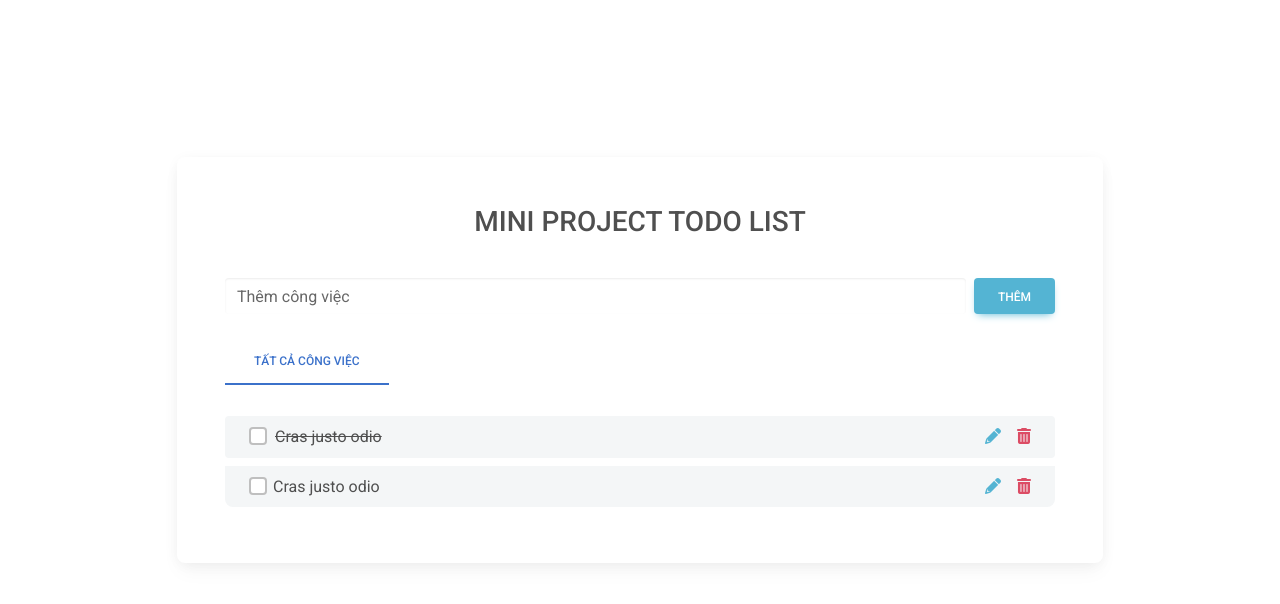
Repository: TinhTT336/MD02_HACKATHON01_HN_JV230620_BS_TranThiTinh_Basic
Page: /
An editor plug-in stored every save of this project. The page is shown before and after the next save, followed by the edit.
The browser window is 1280 px wide. The pictures show the whole page.
Some web libraries are served in a nearby version. The project was rebuilt for these pictures with package versions that can differ from the ones it lists, and the page was loaded fresh each time. Also part of the build but not shown: vite.config.js, src/App.css, src/index.css.

Above is the page before, as saved 2023-09-05 10:05:35.

### index.html
<!DOCTYPE html>
<html lang="en">
  <head>
    <meta charset="UTF-8" />
    <link rel="icon" type="image/svg+xml" href="/vite.svg" />
    <meta name="viewport" content="width=device-width, initial-scale=1.0" />
    <title>Vite + React</title>
    <link
      href="https://cdnjs.cloudflare.com/ajax/libs/font-awesome/6.0.0/css/all.min.css"
      rel="stylesheet"
    />
    <link
      href="https://fonts.googleapis.com/css?family=Roboto:300,400,500,700&display=swap"
      rel="stylesheet"
    />
    <link
      href="https://cdnjs.cloudflare.com/ajax/libs/mdb-ui-kit/6.2.0/mdb.min.css"
      rel="stylesheet"
    />
  </head>
  <body>
    <div id="root"></div>
    <script type="module" src="/src/main.jsx"></script>
  </body>
</html>

### src/App.jsx
import { useState } from 'react'
import reactLogo from './assets/react.svg'
import viteLogo from '/vite.svg'
import './App.css'
import Index from './TodoList/Index'

function App() {
  const [count, setCount] = useState(0)

  return (
    <>
      <Index />
    </>
  )
}

export default App

### src/TodoList/Index.jsx
import React from 'react'
import Header from './Header'

export default function Index() {
    return (
        <div>
            <Header />
        </div>
    )
}

### src/TodoList/Header.jsx
import React from 'react'

export default function Header() {
    return (
        <div>
            <section className="vh-100 gradient-custom">
                <div className="container py-5 h-100">
                    <div
                        className="row d-flex justify-content-center align-items-center
              h-100"
                    >
                        <div className="col col-xl-10">
                            <div className="card">
                                <div className="card-body p-5">
                                    <h3 style={{ textAlign: "center", marginBottom: 40 }}>
                                        MINI PROJECT TODO LIST
                                    </h3>
                                    <form
                                        className="d-flex justify-content-center
                              align-items-center mb-4"
                                    >
                                        <div className="form-outline flex-fill">
                                            <input type="text" id="form2" className="form-control" />
                                            <label className="form-label" htmlFor="form2">
                                                Thêm công việc
                                            </label>
                                        </div>
                                        <button
                                            type="submit"
                                            className="btn btn-info
                                  ms-2"
                                        >
                                            Thêm
                                        </button>
                                    </form>
                                    {/* Tabs navs */}
                                    <ul className="nav nav-tabs mb-4 pb-2" id="ex1" role="tablist">
                                        <li className="nav-item" role="presentation">
                                            <a className="nav-link active">Tất cả công việc</a>
                                        </li>
                                    </ul>
                                    {/* Tabs navs */}
                                    {/* Tabs content */}
                                    <div className="tab-content">
                                        <div className="tab-pane fade show active">
                                            <ul className="list-group mb-0">
                                                <li
                                                    className="list-group-item d-flex
                                          align-items-center border-0 mb-2
                                          rounded justify-content-between"
                                                    style={{ backgroundColor: "#f4f6f7" }}
                                                >
                                                    <div>
                                                        <input
                                                            className="form-check-input
                                                  me-2"
                                                            type="checkbox"
                                                            defaultChecked=""
                                                        />
                                                        <s>Cras justo odio</s>
                                                    </div>
                                                    <div>
                                                        <a href="#!" className="text-info" title="Sửa công việc">
                                                            <i
                                                                className="fas
                                                      fa-pencil-alt
                                                      me-3"
                                                            />
                                                        </a>
                                                        <a
                                                            href="#!"
                                                            className="text-danger"
                                                            title="Xóa công việc"
                                                        >
                                                            <i
                                                                className="fas
                                                      fa-trash-alt"
                                                            />
                                                        </a>
                                                    </div>
                                                </li>
                                                <li
                                                    className="list-group-item d-flex
                                          align-items-center border-0 mb-2
                                          justify-content-between"
                                                    style={{ backgroundColor: "#f4f6f7" }}
                                                >
                                                    <div>
                                                        <input className="form-check-input" type="checkbox" />
                                                        Cras justo odio
                                                    </div>
                                                    <div>
                                                        <a href="#!" className="text-info" title="Sửa công việc">
                                                            <i
                                                                className="fas
                                                      fa-pencil-alt
                                                      me-3"
                                                            />
                                                        </a>
                                                        <a
                                                            href="#!"
                                                            className="text-danger"
                                                            title="Xóa công việc"
                                                        >
                                                            <i
                                                                className="fas
                                                      fa-trash-alt"
                                                            />
                                                        </a>
                                                    </div>
                                                </li>
                                            </ul>
                                        </div>
                                    </div>
                                    {/* Tabs content */}
                                </div>
                            </div>
                        </div>
                    </div>
                </div>
            </section>

        </div>
    )
}

Loaded but not shown: src/main.jsx (common file)

After the next save:
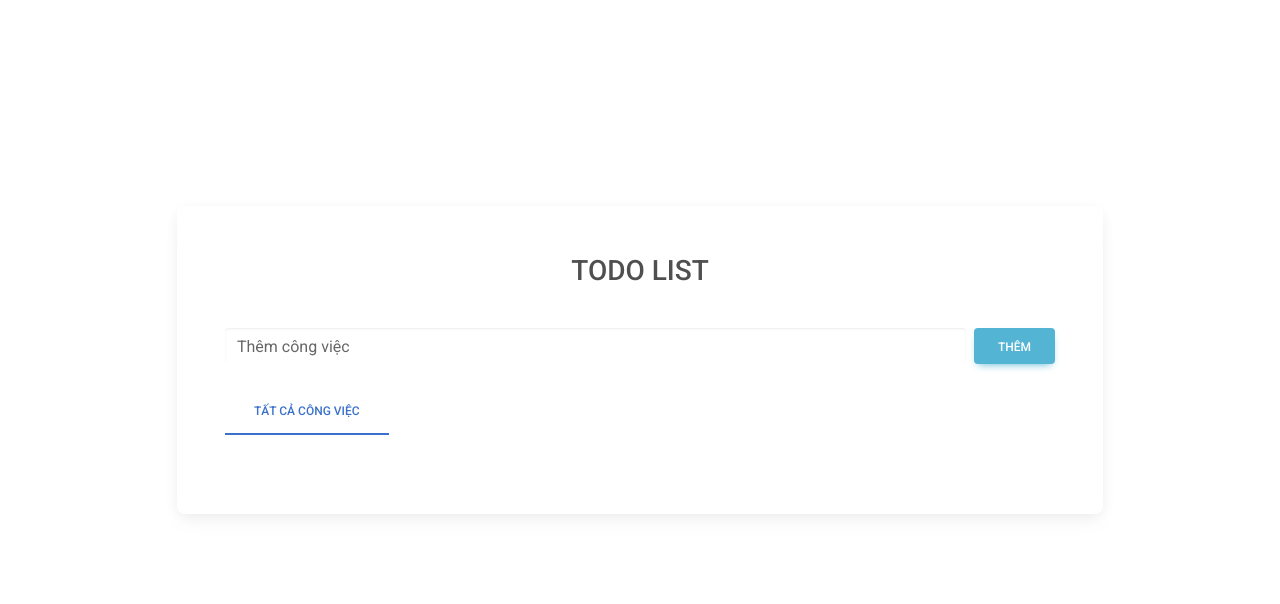
Saved 21 s later.
--- a/src/TodoList/Header.jsx
+++ b/src/TodoList/Header.jsx
@@ -13,7 +13,7 @@ export default function Header() {
                             <div className="card">
                                 <div className="card-body p-5">
                                     <h3 style={{ textAlign: "center", marginBottom: 40 }}>
-                                        MINI PROJECT TODO LIST
+                                        TODO LIST
                                     </h3>
                                     <form
                                         className="d-flex justify-content-center
@@ -39,80 +39,7 @@ export default function Header() {
                                             <a className="nav-link active">Tất cả công việc</a>
                                         </li>
                                     </ul>
-                                    {/* Tabs navs */}
-                                    {/* Tabs content */}
-                                    <div className="tab-content">
-                                        <div className="tab-pane fade show active">
-                                            <ul className="list-group mb-0">
-                                                <li
-                                                    className="list-group-item d-flex
-                                          align-items-center border-0 mb-2
-                                          rounded justify-content-between"
-                                                    style={{ backgroundColor: "#f4f6f7" }}
-                                                >
-                                                    <div>
-                                                        <input
-                                                            className="form-check-input
-                                                  me-2"
-                                                            type="checkbox"
-                                                            defaultChecked=""
-                                                        />
-                                                        <s>Cras justo odio</s>
-                                                    </div>
-                                                    <div>
-                                                        <a href="#!" className="text-info" title="Sửa công việc">
-                                                            <i
-                                                                className="fas
-                                                      fa-pencil-alt
-                                                      me-3"
-                                                            />
-                                                        </a>
-                                                        <a
-                                                            href="#!"
-                                                            className="text-danger"
-                                                            title="Xóa công việc"
-                                                        >
-                                                            <i
-                                                                className="fas
-                                                      fa-trash-alt"
-                                                            />
-                                                        </a>
-                                                    </div>
-                                                </li>
-                                                <li
-                                                    className="list-group-item d-flex
-                                          align-items-center border-0 mb-2
-                                          justify-content-between"
-                                                    style={{ backgroundColor: "#f4f6f7" }}
-                                                >
-                                                    <div>
-                                                        <input className="form-check-input" type="checkbox" />
-                                                        Cras justo odio
-                                                    </div>
-                                                    <div>
-                                                        <a href="#!" className="text-info" title="Sửa công việc">
-                                                            <i
-                                                                className="fas
-                                                      fa-pencil-alt
-                                                      me-3"
-                                                            />
-                                                        </a>
-                                                        <a
-                                                            href="#!"
-                                                            className="text-danger"
-                                                            title="Xóa công việc"
-                                                        >
-                                                            <i
-                                                                className="fas
-                                                      fa-trash-alt"
-                                                            />
-                                                        </a>
-                                                    </div>
-                                                </li>
-                                            </ul>
-                                        </div>
-                                    </div>
-                                    {/* Tabs content */}
+
                                 </div>
                             </div>
                         </div>
